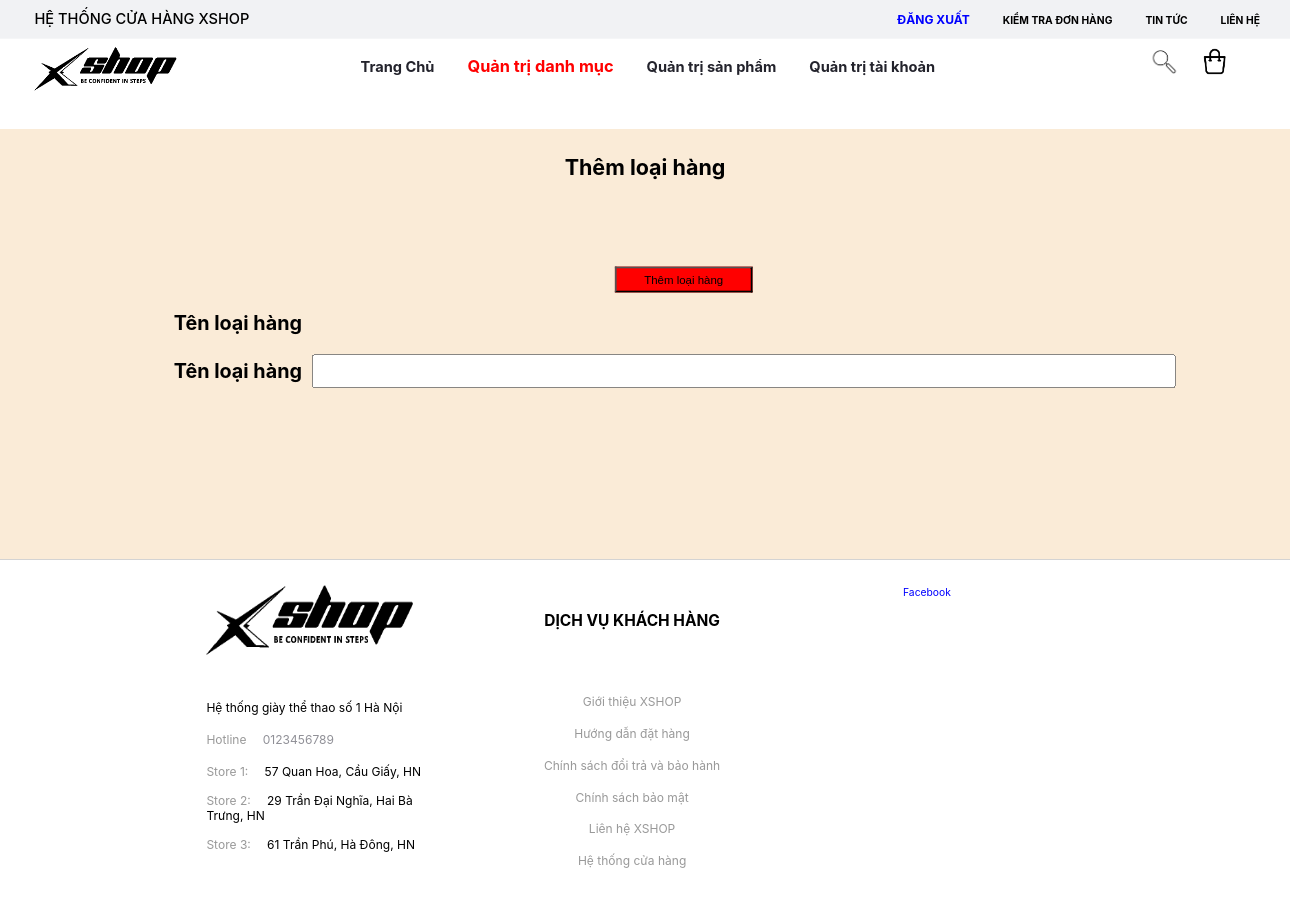
Repository: tienaq123/dam
Page: http://localhost/ass/ad/themdanhmuc.php
The author's editor kept a copy of each file at every save. The page is drawn from the files as they stood at one save, then again after the next save.
The browser window is 1280 px wide. The page is 1500 px wide, so the pictures cover 1500 px, including what lies to the right of the window. The pictures show the whole page, at 86% of full size.
The page is run by PHP 8.4 with error messages shown; the project is at /var/www/html/.

Above is the page before, as saved 2021-10-21 03:31:14.

After the next save:
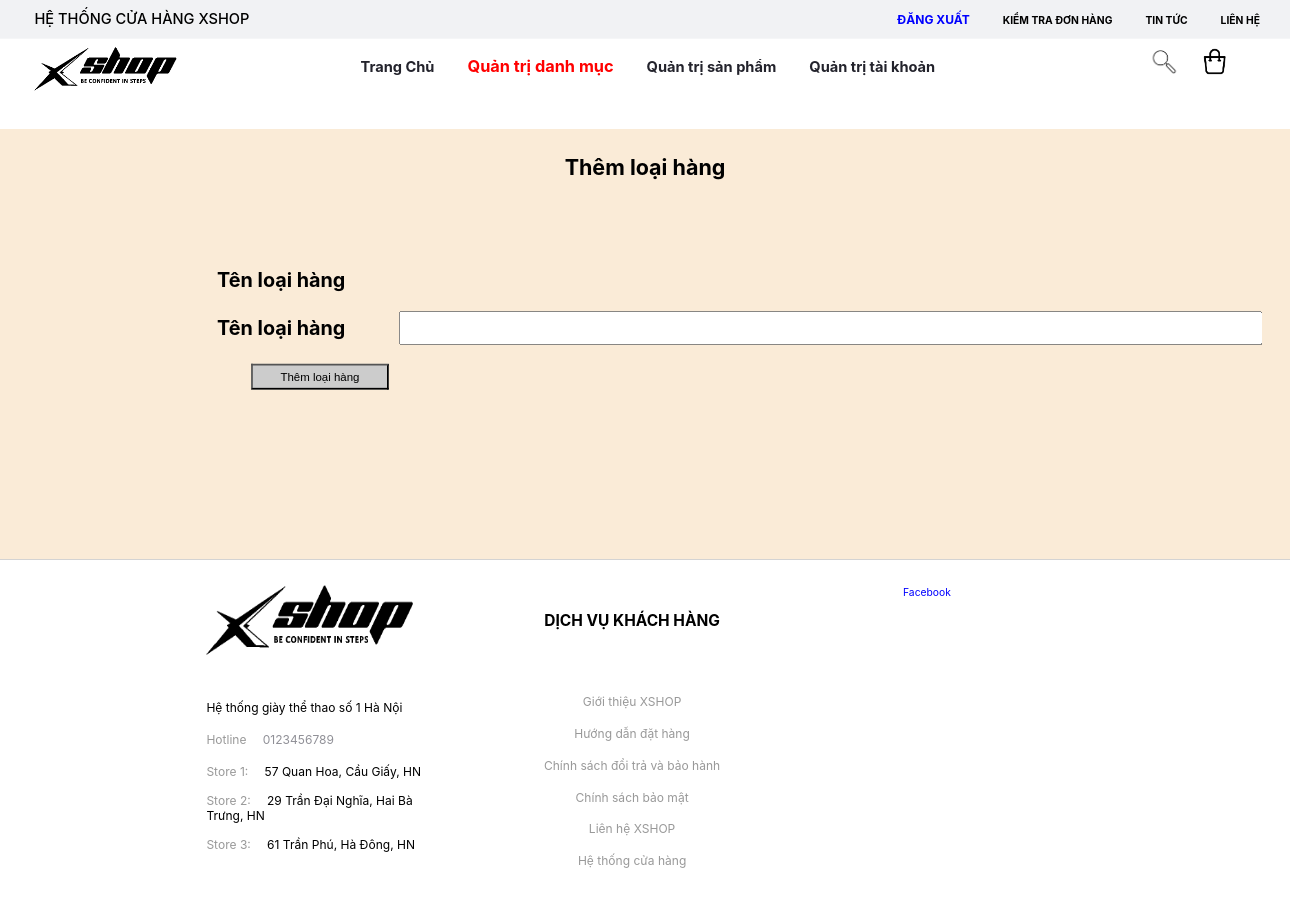
Saved 17 s later.
--- a/ad/themdanhmuc.php
+++ b/ad/themdanhmuc.php
@@ -69,7 +69,9 @@
                         </td>
                     </tr>
 
-                    <tr><input style="background-color: red; width: 160px; height: 30px; margin:0px 0px 20px 90px;" type="submit" value="Thêm loại hàng" name="btn"></tr>
+                    <tr>
+                        <td><input style="background-color: #ccc; width: 160px; height: 30px; margin:0px 0px 20px 90px;" type="submit" value="Thêm loại hàng" name="btn"></td>
+                    </tr>
                 </table>
                  <!-- <input style="margin: 20px 0px 20px 10px; " type="text" name="tendanhmuc"> <br>
                 <input style="background-color: #ccc; width: 160px; height: 30px; margin:0px 0px 20px 90px;" type="submit" value="Thêm danh mục" name="btn"> -->
